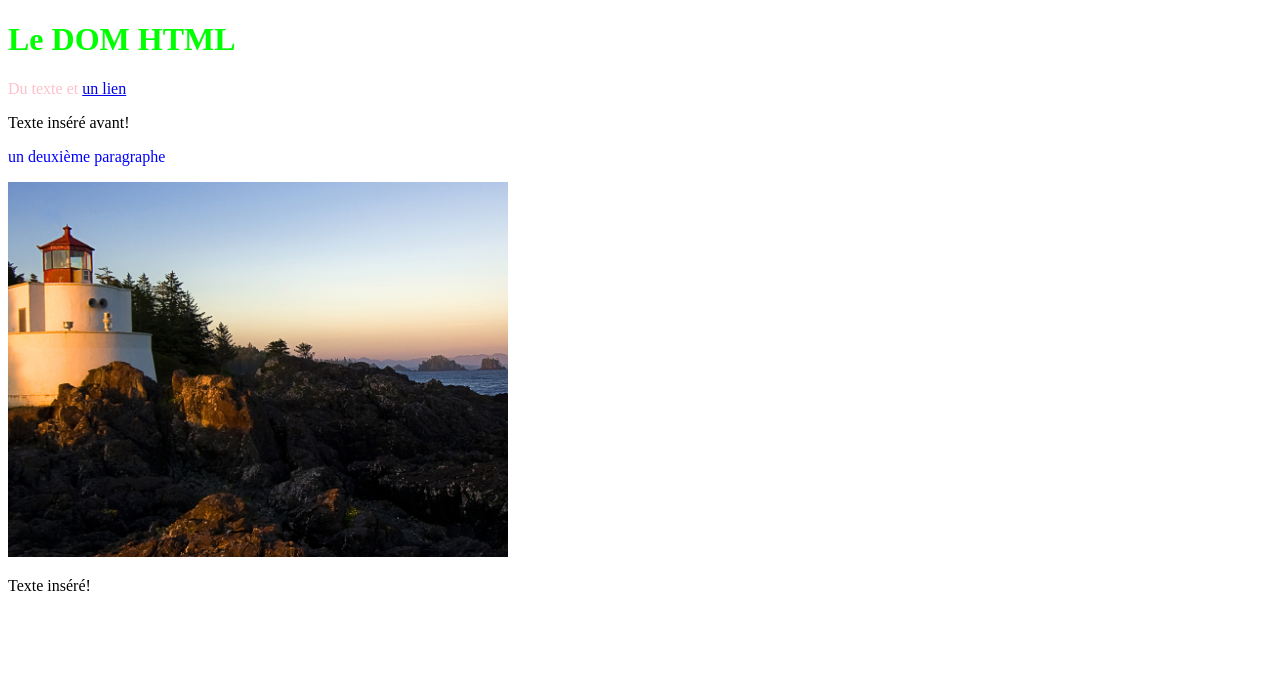
Repository: serviceshuios/-git-reference-java-lyon-worspace
Page: workspaceWeb/HtmlCssJavascript/WebContent/ModificationsDocumentEtElement.html
An editor plug-in stored every save of this project. The page is shown before and after the next save, followed by the edit.
The browser window is 1280 px wide. The pictures show the whole page.

Above is the page before, as saved 2017-04-05 13:01:15.

### workspaceWeb/HtmlCssJavascript/WebContent/ModificationsDocumentEtElement.html
<!DOCTYPE html>
<html>
	<head>
		<meta charset="UTF-8">
		<title>Structure HTML CSS JAVASCRIPT</title>
		<meta name="viewport" content="width=device-width, initial-scale=1.0">
		<link rel="stylesheet" href="css/style6.css" />
	</head>
	<body>
		<h1 id="gros_titre">Le DOM</h1>
		<p class="para"> Du texte et <a href="http://www.google.com">un lien</a></p>
		<p class="para">un deuxième paragraphe</p>
		<img src="img/Jellyfish.jpg"/>
		<script type="text/javascript" src="js/script6.js"></script>
	</body>
</html>

### workspaceWeb/HtmlCssJavascript/WebContent/css/style6.css
@CHARSET "UTF-8";
.para {
	color:#0000ff;
}
.para1{
	color:pink;
}
.styleTitre{
	color:#00ff00;
}
img {
	width:500px;
}

### workspaceWeb/HtmlCssJavascript/WebContent/js/script6.js
document.getElementById("gros_titre").innerHTML +=" HTML";
document.getElementById("gros_titre").className="styleTitre";
document.querySelector("a").href="http://wikipedia.org";
document.querySelector("p").className="para1";
document.querySelector("img").src="img/Lighthouse.jpg";

var newPara = document.createElement('p');
newPara.id='nouveau';
var texte = document.createTextNode("Texte inséré!");
newPara.appendChild(texte);
document.body.appendChild(newPara);


var newPara2 = document.createElement('p');
//newPara.id='nouveau';
var texte = document.createTextNode("Texte inséré avant!");
newPara2.appendChild(texte);

var par1=document.querySelector('.para');
document.body.insertBefore(newPara2,par1);

After the next save:
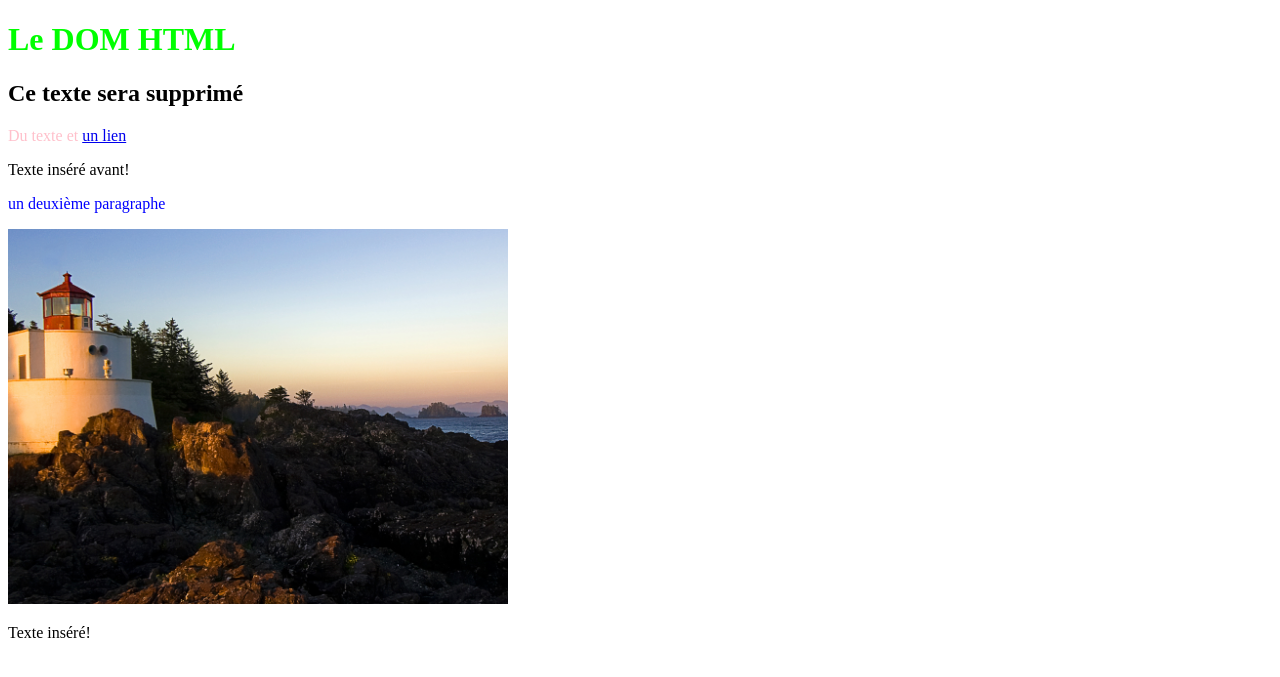
Saved 4 min 48 s later.
--- a/workspaceWeb/HtmlCssJavascript/WebContent/ModificationsDocumentEtElement.html
+++ b/workspaceWeb/HtmlCssJavascript/WebContent/ModificationsDocumentEtElement.html
@@ -8,6 +8,7 @@
 	</head>
 	<body>
 		<h1 id="gros_titre">Le DOM</h1>
+		<h2>Ce texte sera supprimé</h2>
 		<p class="para"> Du texte et <a href="http://www.google.com">un lien</a></p>
 		<p class="para">un deuxième paragraphe</p>
 		<img src="img/Jellyfish.jpg"/>

After the save that followed:
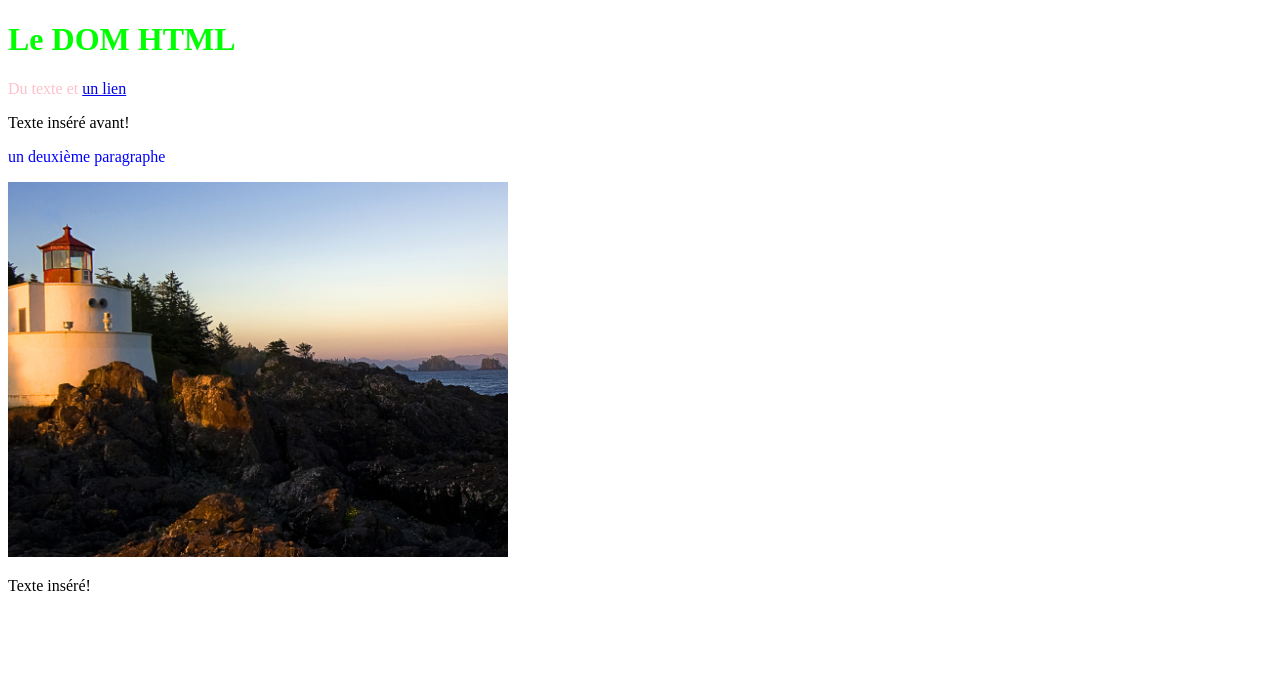
Saved 2 min 19 s later.
--- a/workspaceWeb/HtmlCssJavascript/WebContent/js/script6.js
+++ b/workspaceWeb/HtmlCssJavascript/WebContent/js/script6.js
@@ -18,3 +18,6 @@ newPara2.appendChild(texte);
 
 var par1=document.querySelector('.para');
 document.body.insertBefore(newPara2,par1);
+
+var texteSupprime = document.querySelector("h2");
+document.body.removeChild(texteSupprime);
